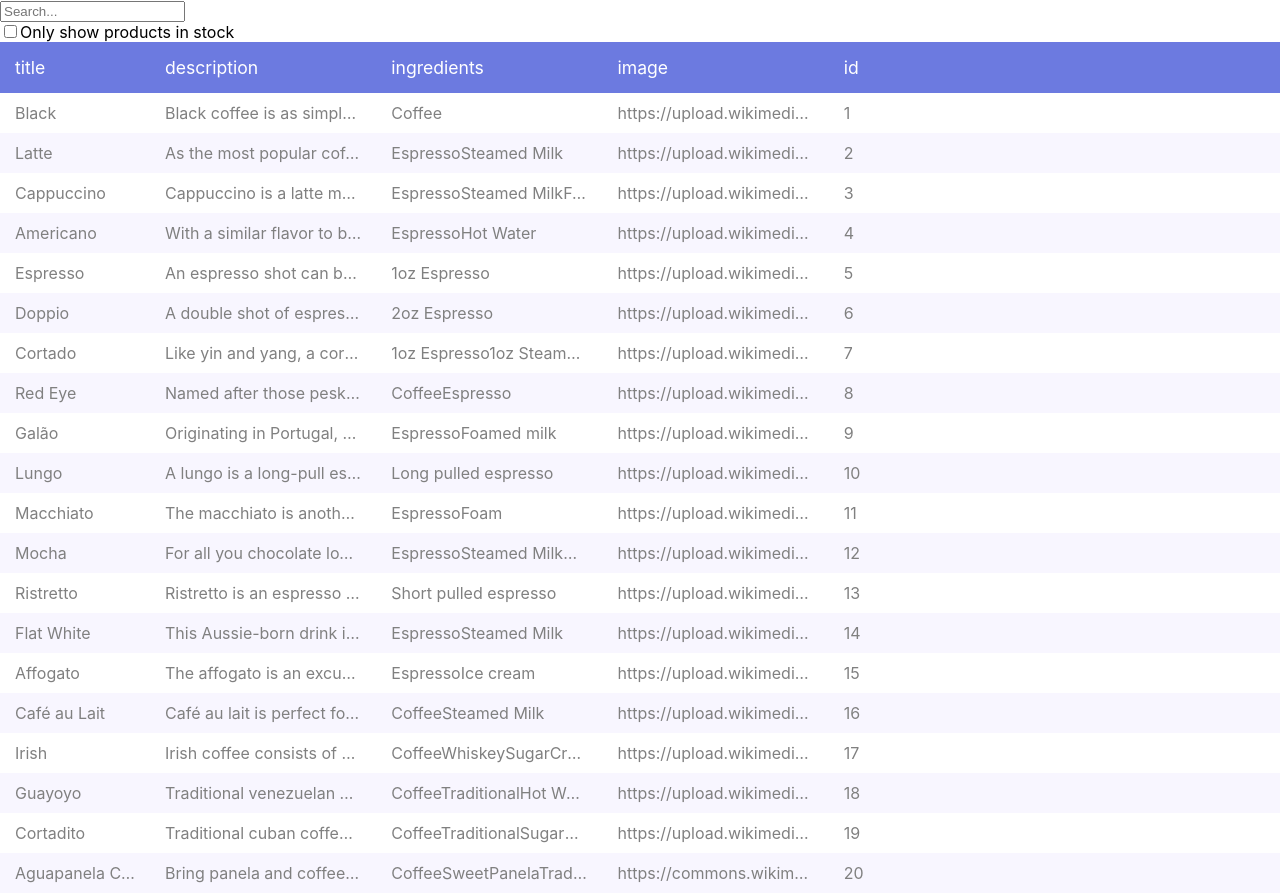
Repository: mariocapitbrok/reactjs-learn
Page: / (app in 05_filtered-data-table/)
An editor plug-in stored every save of this project. The page is shown before and after the next save, followed by the edit.
The browser window is 1280 px wide. The pictures show the whole page.
The project was rebuilt for these pictures with package versions that can differ from the ones it lists, and the page was loaded fresh each time.

Above is the page before, as saved 2023-02-26 02:37:18.

After the next save:
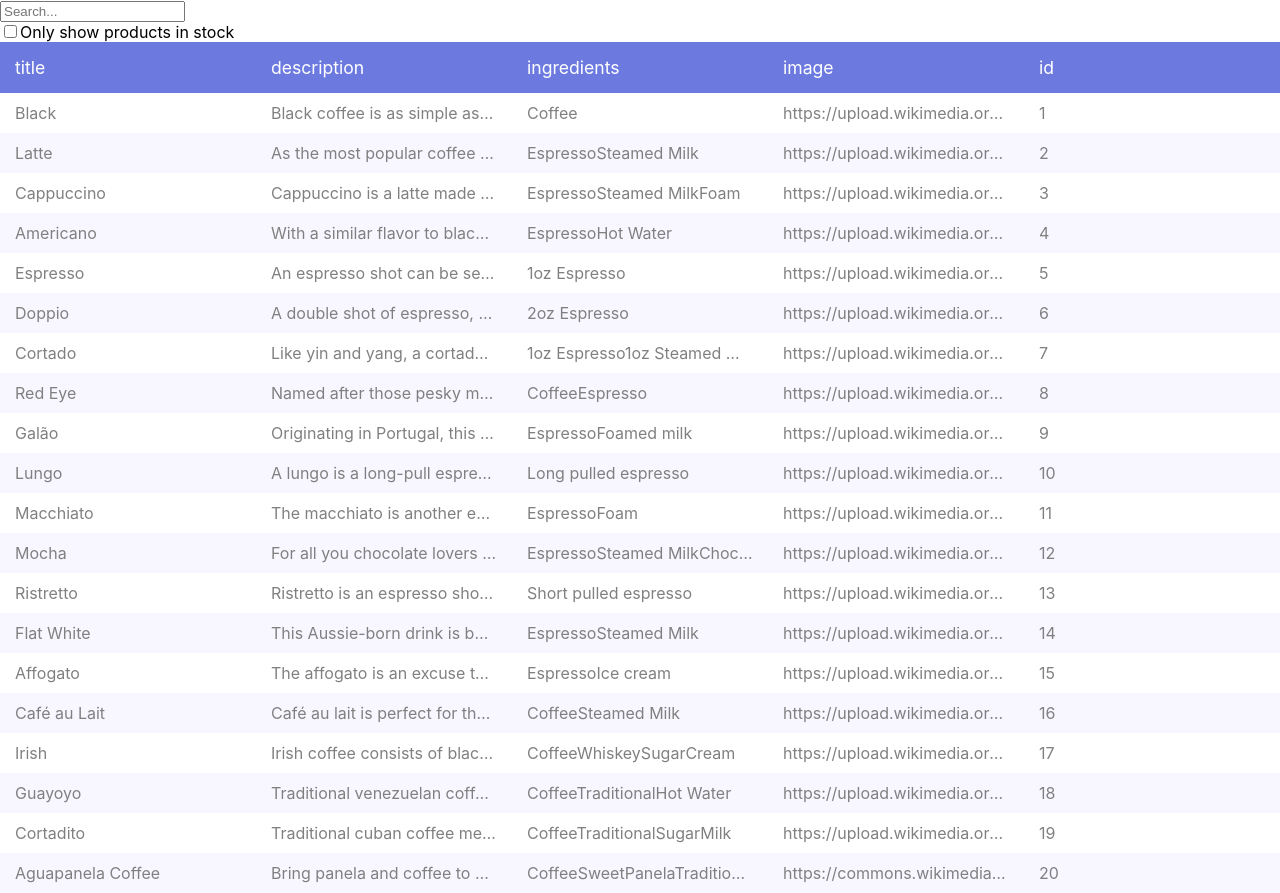
Saved 109 s later.
--- a/05_filtered-data-table/src/App.css
+++ b/05_filtered-data-table/src/App.css
@@ -52,10 +52,10 @@ table {
   /* These are just initial values which are overriden using JavaScript when a column is resized */
   grid-template-columns:
     minmax(150px, 1fr)
-    minmax(150px, 1.67fr)
-    minmax(150px, 1.67fr)
-    minmax(150px, 1.67fr)
-    minmax(150px, 3.33fr)
+    minmax(150px, 1fr)
+    minmax(150px, 1fr)
+    minmax(150px, 1fr)
+    minmax(150px, 1fr)
 ;
 }
 
